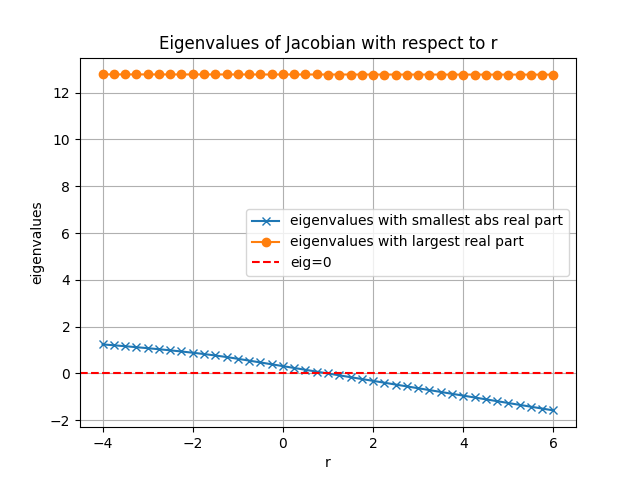
Repository: EddyShao/272-numericalPDE
Script's output: python B/HW4/problem1.py
The author's editor kept a copy of each file at every save. The script's output is drawn from the files as they stood at one save, then again after a run of saves.
Animations are shown at an early frame. Random numbers start from a fixed seed.

Above is the script's output before, as saved 2025-03-20 17:54:40.

### B/HW4/problem1.py
import numpy as np
from scipy.sparse import spdiags, lil_matrix, diags
import scipy.sparse.linalg as spla
import matplotlib.pyplot as plt
from utils import *

# Solve the system using Newton-Krylov



#### SH23 parameters ####
L = 20 * np.pi
x_0 = 0
x_1 = L
x = np.linspace(x_0, x_1, 200)
h = x[1] - x[0]
N = len(x)
b2 = 1. # SH23 parameter


#### Newton-Krylov parameters ####
TOL = 1e-10
MAX_ITER = 1000

#### Initial condition ####
u_0 = 0.01 * np.sin(2 * np.pi * x / L)
v_0 = np.gradient(u_0, h) + u_0  # use h for gradient spacing


U_0 = np.concatenate((u_0, v_0))


results_seigs = []
results_leigs = []

for r in np.linspace(-4, 6, 41):
    # compute eigenvalues
    Jacobian = jacobian(U_0, h, N, b2, r)


    J11 = Jacobian[:N, :N]
    J12 = Jacobian[:N, N:]
    J21 = Jacobian[N:, :N]
    J22 = Jacobian[N:, N:]


    # implement the J11 +  J12 J22^-1 J21

    J22_inv_J21 = spla.spsolve(J22, J21)
    J_aux = J11 - J12 @ J22_inv_J21


    eigs_1, _ = spla.eigs(J_aux, k=1, which='SR')
    eigs_2, _ = spla.eigs(-J_aux, k=1, which='SR')
    eigs_1, eigs_2 = np.real(eigs_1), np.real(eigs_2)
    # choose the one with smallest absolute value
    seigs = eigs_1 if np.abs(eigs_1) < np.abs(eigs_2) else eigs_2
    results_seigs.append(seigs)
    leigs = spla.eigs(J_aux, k=1, which='LR')[0].real
    results_leigs.append(leigs)


plt.plot(np.linspace(-4, 6, 41), results_seigs, marker='x', label='eigenvalues with smallest abs real part')
plt.plot(np.linspace(-4, 6, 41), results_leigs, marker='o', label='eigenvalues with largest real part')
# draw line y = 0
plt.axhline(y=0, color='r', linestyle='--', label='eig=0')
plt.xlabel('r')
plt.ylabel('eigenvalues')
plt.legend()
plt.title('Eigenvalues of Jacobian with respect to r')
plt.grid()
plt.savefig('p1.png')
plt.show(block=False)
plt.pause(2)
plt.close()

### B/HW4/utils.py
import numpy as np
from scipy.sparse import spdiags, lil_matrix, diags
import scipy.sparse.linalg as spla
import scipy.sparse as sp

def assemble_mass(N, h):
    e = np.ones(N)  # Vector of ones
    diagonals = [e, 4 * e, e]
    offsets = [-1, 0, 1]

    # Construct the main tridiagonal part
    M = (h / 6) * spdiags(diagonals, offsets, N, N, format="lil")

    # Add periodic boundary conditions
    M[0, N-1] = h / 6
    M[N-1, 0] = h / 6

    return M.tocsr()  # Convert to efficient sparse format for computations

def assemble_stiffness(N, h):
    e = np.ones(N)  # Vector of ones
    diagonals = [-e, 2 * e, -e]
    offsets = [-1, 0, 1]

    # Construct the main tridiagonal part
    A = (1 / h) * spdiags(diagonals, offsets, N, N, format="lil")

    # Add periodic boundary conditions
    A[0, N-1] = - 1 / h
    A[N-1, 0] = - 1 / h

    return A.tocsr()  # Convert to efficient sparse format for computations

def F_res(U, h, N, b2, r):
    u = U[:N]
    v = U[N:]
    A = assemble_stiffness(N, h)
    M = assemble_mass(N, h)
    f1 = (M + A).dot(u) - M.dot(v)
    f2 = -M.dot(r*u + b2*u**2 - u**3) + (M + A).dot(v)
    return np.hstack([f1, f2])

def jacobian(U, h, N, b2, r):
    """Construct the Jacobian matrix (sparse) for FEM."""
    A = assemble_stiffness(N, h)
    M = assemble_mass(N, h)

    u = U[:N]
    # Blocks
    J11 = M + A
    J12 = -M
    diag_term = r + 2*b2*u - 3*u**2
    J21 = -M.dot(sp.diags(diag_term, 0, shape=(N, N)))
    J22 = M + A

    top = sp.hstack([J11, J12])
    bottom = sp.hstack([J21, J22])
    J = sp.vstack([top, bottom])
    return J.tocsr()

def newton_krylov(F, U0, TOL, MAX_ITER, h, N, b2, r):
    """Solve F(U, r) = 0 using a Newton-Krylov method."""
    U = U0.copy()
    hist = []
    for k in range(MAX_ITER):
        Fx = F(U, r)
        res_norm = np.linalg.norm(Fx)
        hist.append(res_norm)
        if res_norm < TOL:
            break
        J = jacobian(U, h, N, b2, r)
        delta_U, info = spla.gmres(J, -Fx, tol=1e-6, restart=130)
        # As is suggested, we add a line search:
        alpha = 1.0
        flag = False
        for i in range(10):
            new_U = U + alpha * delta_U
            new_Fx = F(new_U, r)
            if np.linalg.norm(new_Fx) < res_norm:
                U = new_U
                flag = True
                break
            alpha *= 0.5
        if not flag:
            raise ValueError("Line search failed: could not find a better solution.")

    return U, np.array(hist)

After the next 3 saves:
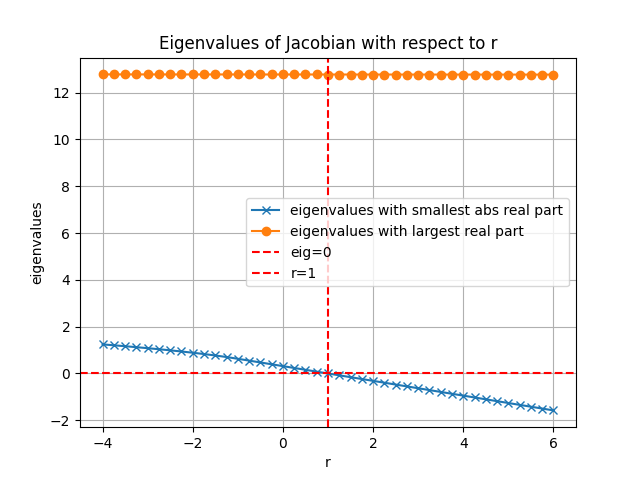
The 3 saves are shown as one change because they came seconds apart.
The last was saved 38 s later.
--- a/B/HW4/problem1.py
+++ b/B/HW4/problem1.py
@@ -64,6 +64,7 @@ plt.plot(np.linspace(-4, 6, 41), results_seigs, marker='x', label='eigenvalues w
 plt.plot(np.linspace(-4, 6, 41), results_leigs, marker='o', label='eigenvalues with largest real part')
 # draw line y = 0
 plt.axhline(y=0, color='r', linestyle='--', label='eig=0')
+plt.axvline(x=1, color='r', linestyle='--', label='r=1')
 plt.xlabel('r')
 plt.ylabel('eigenvalues')
 plt.legend()
